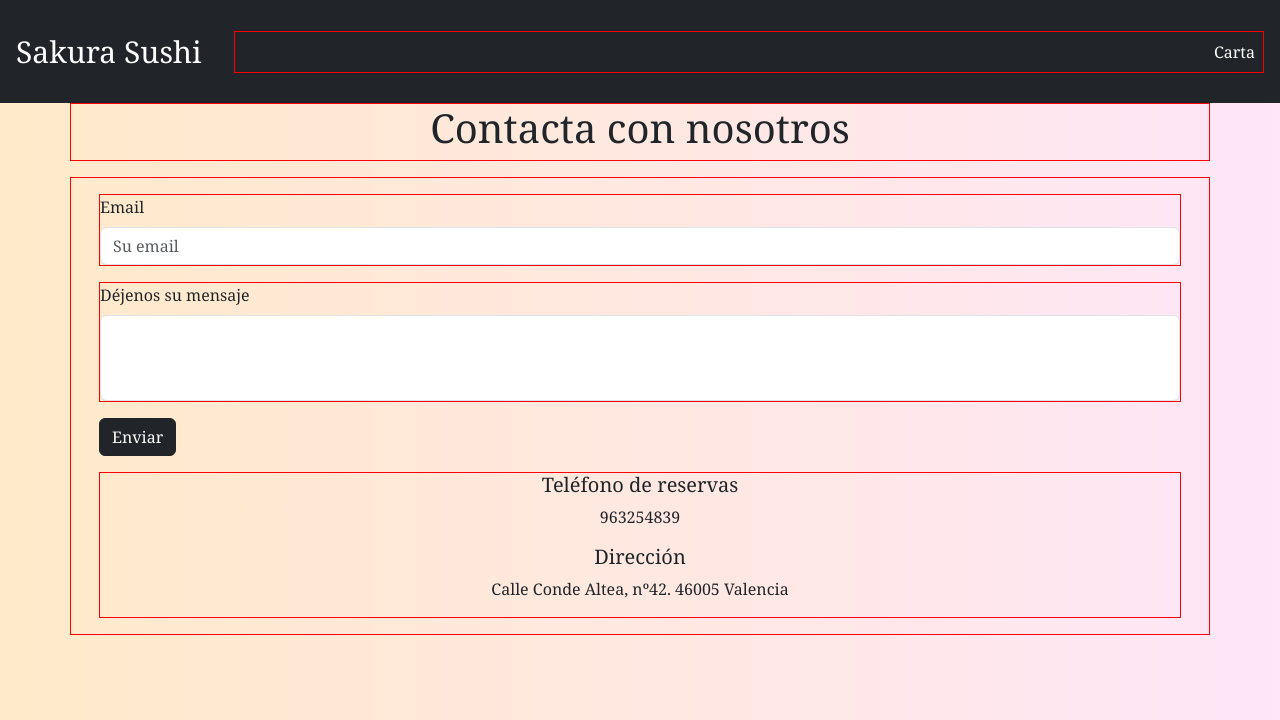
Repository: aipacheco/Fuji-restaurante
Page: contact.html
These files come from the project's save history. The page is drawn as it stood at one moment and after the next save; the edit follows.
The browser window is 1280 px wide. The pictures show the whole page.
Some web libraries are served in a nearby version.

Above is the page before, as saved 2024-01-27 11:50:10.

After the next save:
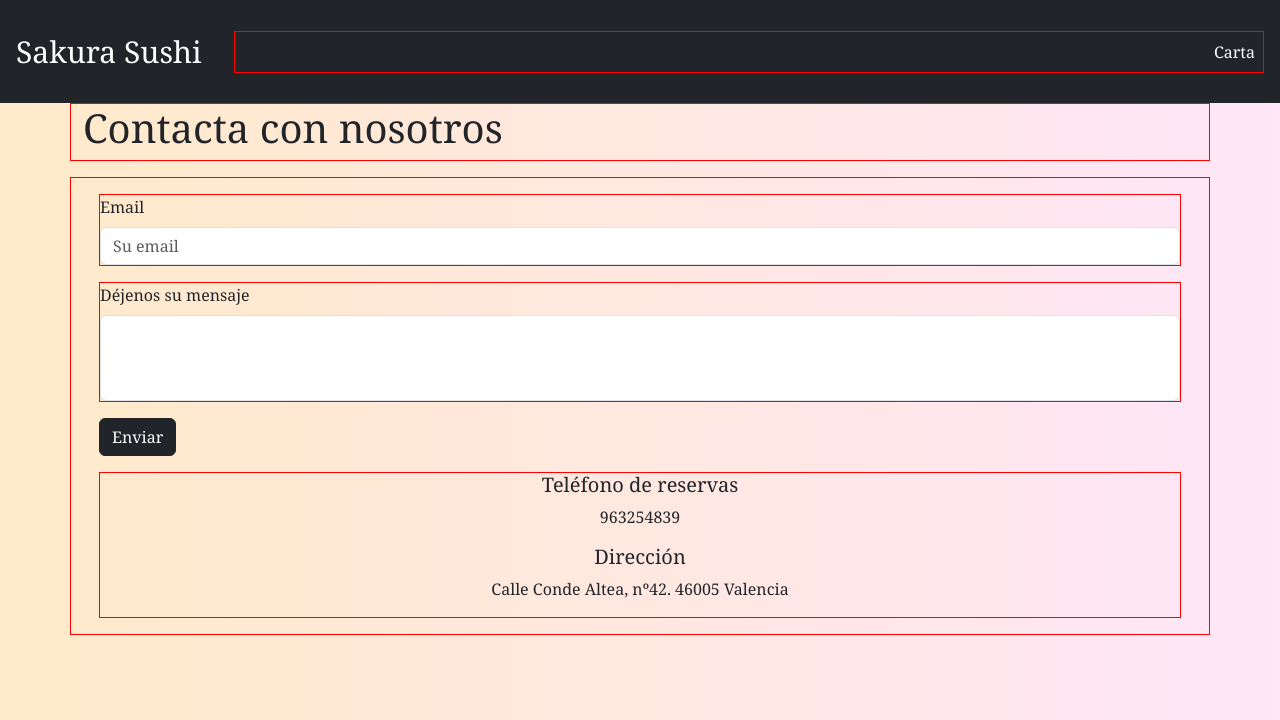
Saved 6 s later.
--- a/contact.html
+++ b/contact.html
@@ -45,7 +45,7 @@
       </div>
     </nav>
 
-    <div class="container d-flex justify-content-center ">
+    <div class="container te">
 
         <h1>Contacta con nosotros</h1>
 

After the save that followed:
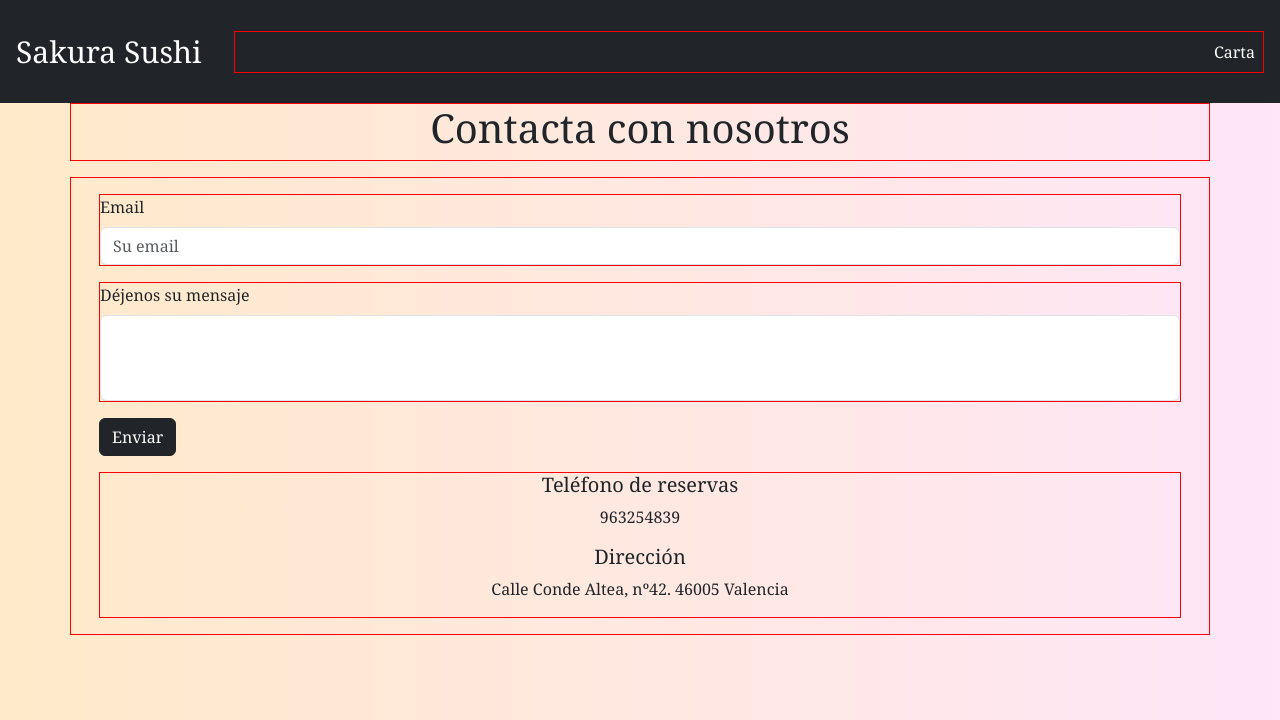
Saved 6 s later.
--- a/contact.html
+++ b/contact.html
@@ -45,7 +45,7 @@
       </div>
     </nav>
 
-    <div class="container te">
+    <div class="container text-center">
 
         <h1>Contacta con nosotros</h1>
 
